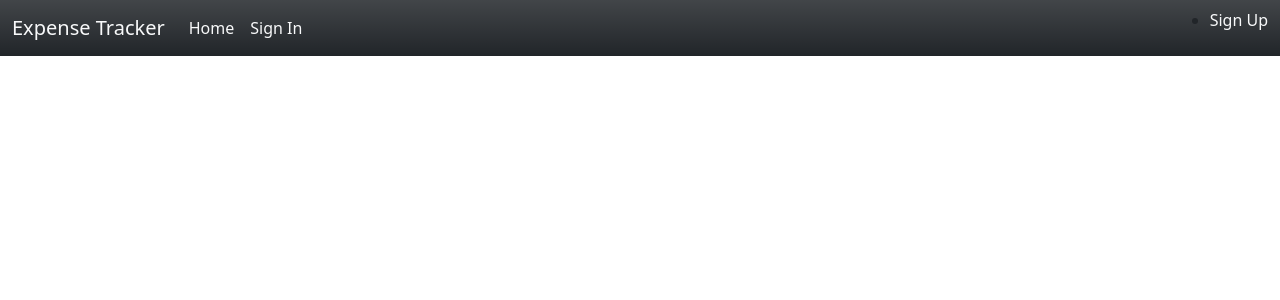
Repository: Gaurav560/OnlineExpenseTracker
Page: http://localhost/Online_Expense_Tracker/
An editor plug-in stored every save of this project. The page is shown before and after the next save, followed by the edit.
The browser window is 1280 px wide. The pictures show the whole page.
The page is served by Tomcat 9.

Above is the page before, as saved 2023-05-03 20:23:35.

After the next save:
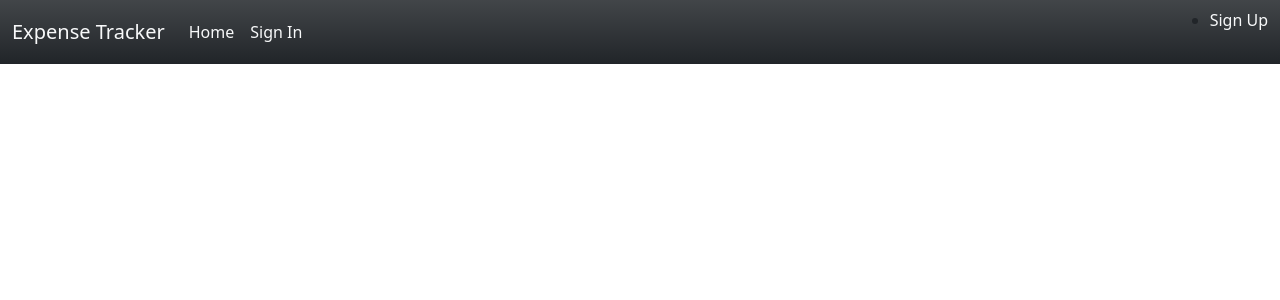
Saved 20 s later.
--- a/Online_Expense_Tracker/src/main/webapp/index.jsp
+++ b/Online_Expense_Tracker/src/main/webapp/index.jsp
@@ -36,7 +36,7 @@
 				</ul>
 			<ul>
 
-					<li class="nav-item  ms-auto"><a class="nav-link active text-light " href="#">Sign Up</a></li>
+					<li class="nav-item  ms-auto mb-2"><a class="nav-link active text-light " href="#">Sign Up</a></li>
 
 			</ul>
 

After the save that followed:
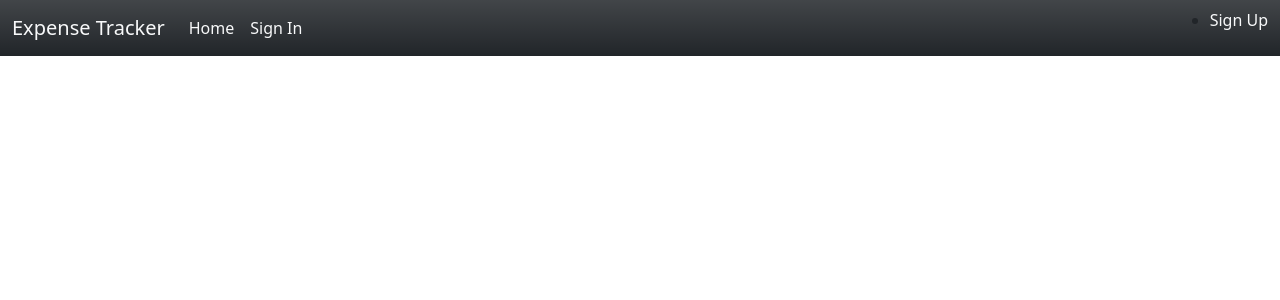
Saved 17 s later.
--- a/Online_Expense_Tracker/src/main/webapp/index.jsp
+++ b/Online_Expense_Tracker/src/main/webapp/index.jsp
@@ -36,7 +36,7 @@
 				</ul>
 			<ul>
 
-					<li class="nav-item  ms-auto mb-2"><a class="nav-link active text-light " href="#">Sign Up</a></li>
+					<li class="nav-item  ms-auto mb-2 mb-lg-0"><a class="nav-link active text-light " href="#">Sign Up</a></li>
 
 			</ul>
 
